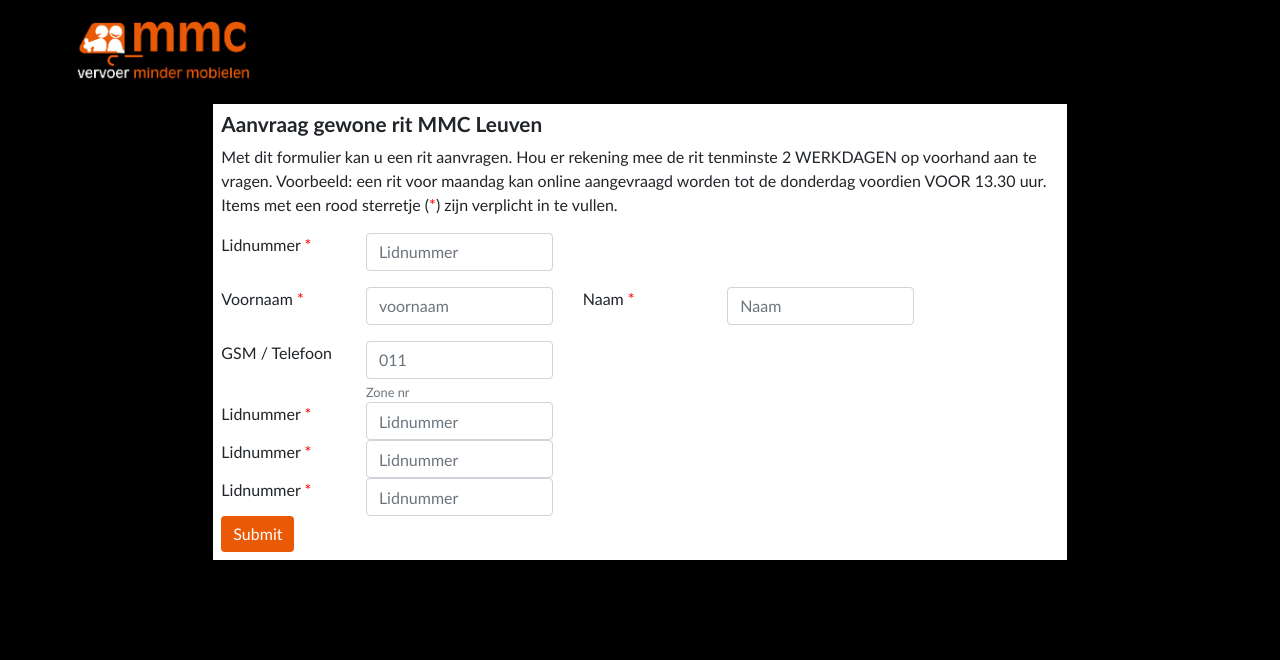
Repository: tclaes/vera
Page: index.html
The author's editor kept a copy of each file at every save. The page is drawn from the files as they stood at one save, then again after the next save.
The browser window is 1280 px wide. The pictures show the whole page.

Above is the page before, as saved 2018-11-12 15:51:50.

After the next save:
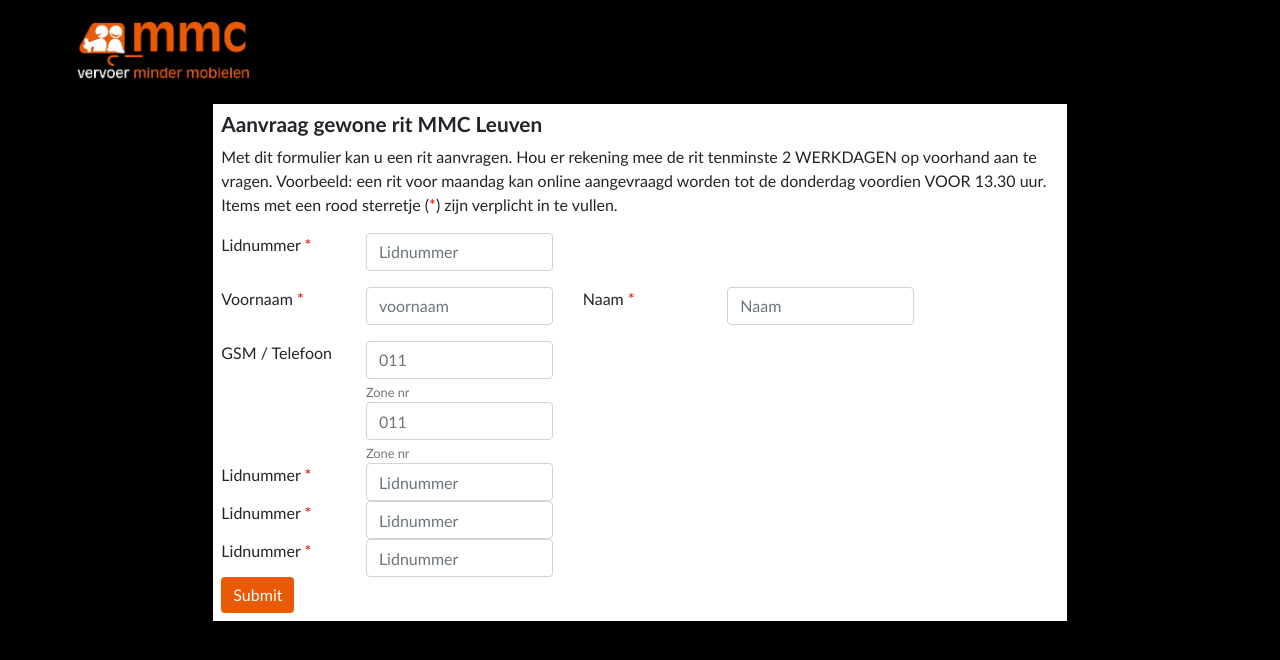
Saved 5 s later.
--- a/index.html
+++ b/index.html
@@ -73,6 +73,10 @@
                 placeholder="011"
                   required>
                 <small id="telHelp" class="form-text text-muted">Zone nr</small>
+                <input type="text" class="form-control" id="tel" aria-describedby="tel"
+                placeholder="011"
+                  required>
+                <small id="telHelp" class="form-text text-muted">Zone nr</small>
               </div>
             </div>
 
